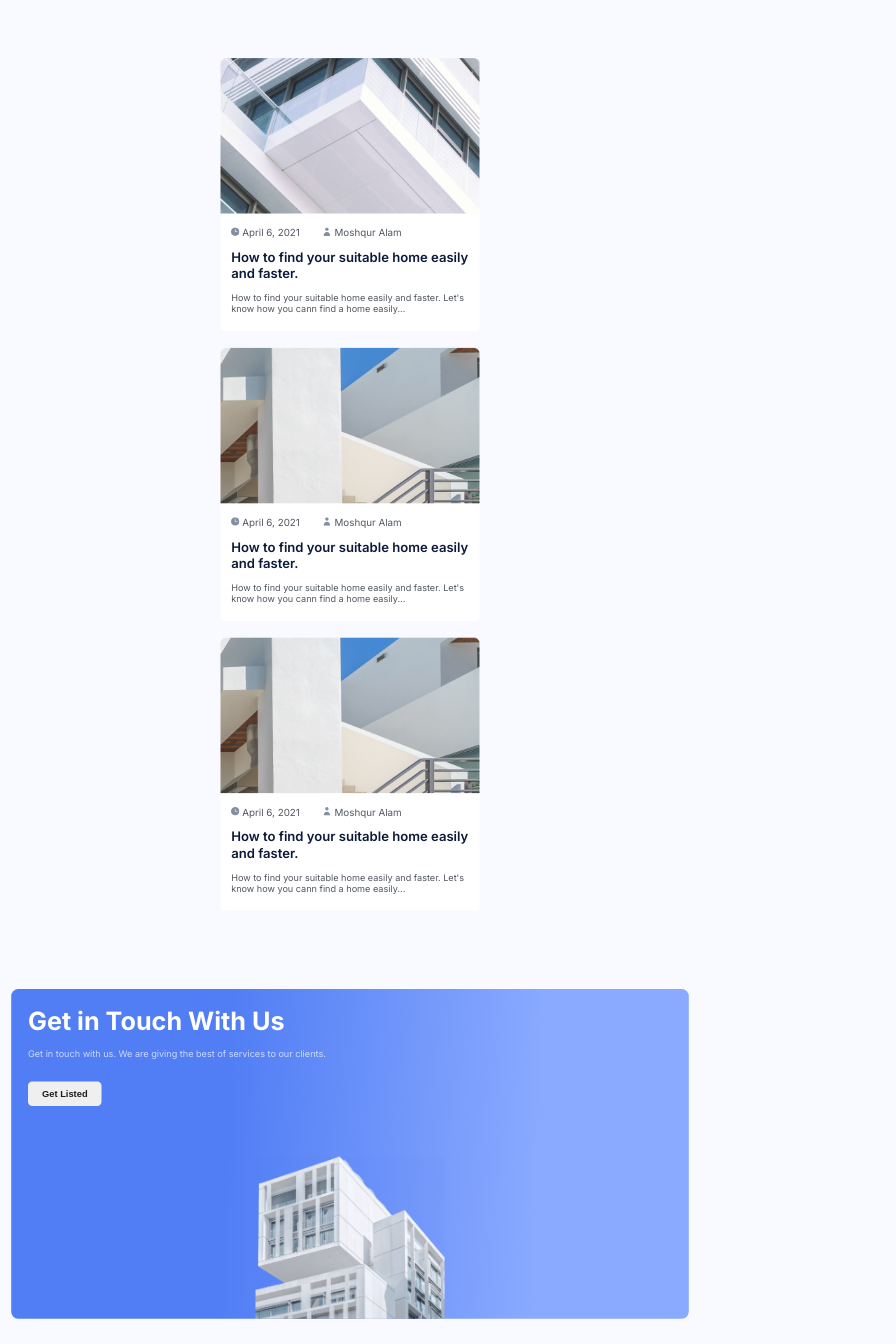
Repository: haokiet2501/domicile-real-estate
Page: index.html
The author's editor kept a copy of each file at every save. The page is drawn from the files as they stood at one save, then again after the next save.
The browser window is 1280 px wide. The pictures show the part of the page from y = 4580 to 6500 px (the page is 6504 px tall before and 6392 px after), at 70% of full size.
The style sheet was rebuilt from its Sass, Less or Tailwind sources for each picture, by a compiler version that may differ from the author's.

Above is the page before, as saved 2022-06-28 11:01:39.

After the next save:
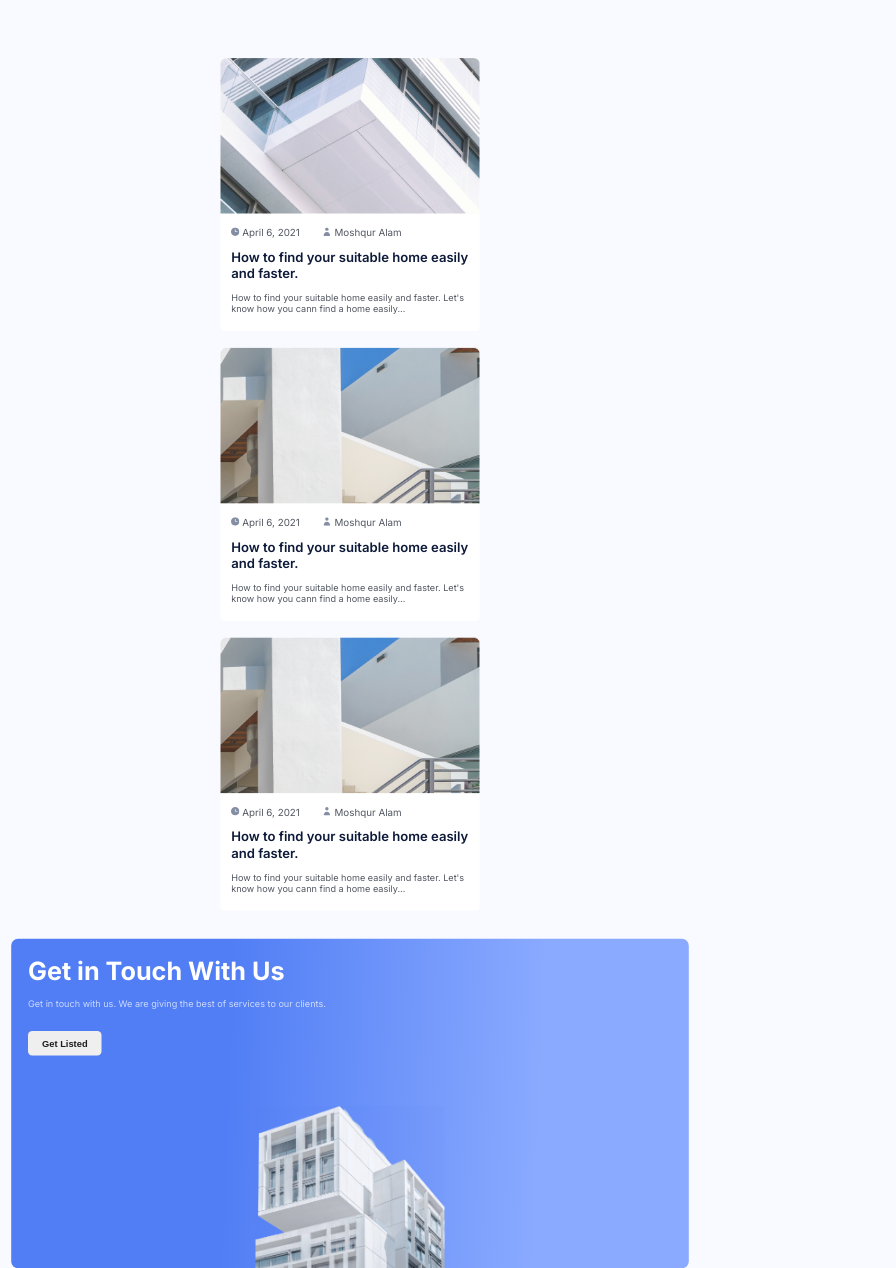
Saved 25 s later.
--- a/index.html
+++ b/index.html
@@ -490,7 +490,7 @@
             </div>
         </section>
 
-        <section class="cta section">
+        <section class="cta">
             <div class="cta__container container">
                 <div class="cta__data">
                     <div class="cta__heading">
